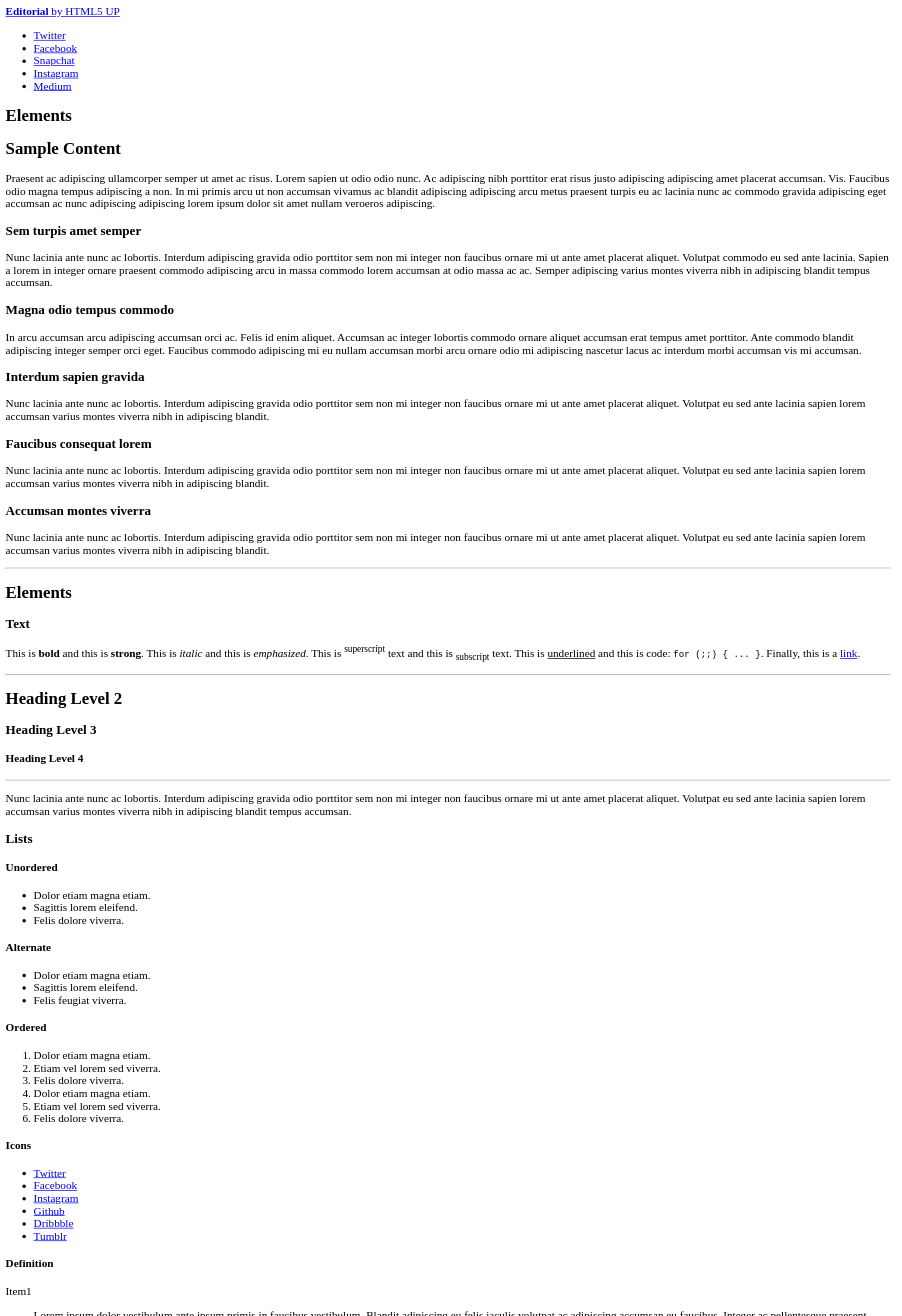
Repository: noCountJun/blog
Page: http://localhost/blogProject2/WEB-INF/views/board/boardList.jsp
An editor plug-in stored every save of this project. The page is shown before and after the next save, followed by the edit.
The browser window is 1280 px wide. The page is 1288 px wide, so the pictures cover 1288 px, including what lies to the right of the window. The pictures show the part of the page from y = 0 to 1880 px (the page is 9247 px tall before and 9403 px after), at 70% of full size.
The page is served by Tomcat 9. Nobody is signed in. Other server files are loaded and not shown. The template is opened directly, without the code that normally fills it, so the values that code supplies are empty.

Above is the page before, as saved 2019-08-21 05:02:59.

### blogProject2/src/main/webapp/WEB-INF/views/board/boardList.jsp
<%@ page contentType="text/html; charset=utf-8" pageEncoding="utf-8"%>
<%@ taglib uri="http://java.sun.com/jsp/jstl/core" prefix="c" %>
<%@ page session="false" %>

	<!-- Wrapper -->
			<div id="wrapper">

				<!-- Main -->
					<div id="main">
						<div class="inner">

							<!-- Header -->
								<header id="header">
									<a href="index.html" class="logo"><strong>Editorial</strong> by HTML5 UP</a>
									<ul class="icons">
										<li><a href="#" class="icon brands fa-twitter"><span class="label">Twitter</span></a></li>
										<li><a href="#" class="icon brands fa-facebook-f"><span class="label">Facebook</span></a></li>
										<li><a href="#" class="icon brands fa-snapchat-ghost"><span class="label">Snapchat</span></a></li>
										<li><a href="#" class="icon brands fa-instagram"><span class="label">Instagram</span></a></li>
										<li><a href="#" class="icon brands fa-medium-m"><span class="label">Medium</span></a></li>
									</ul>
								</header>

							<!-- Content -->
								<section>
									<header class="main">
										<h1>Elements</h1>
									</header>

									<!-- Content -->
										<h2 id="content">Sample Content</h2>
										<p>Praesent ac adipiscing ullamcorper semper ut amet ac risus. Lorem sapien ut odio odio nunc. Ac adipiscing nibh porttitor erat risus justo adipiscing adipiscing amet placerat accumsan. Vis. Faucibus odio magna tempus adipiscing a non. In mi primis arcu ut non accumsan vivamus ac blandit adipiscing adipiscing arcu metus praesent turpis eu ac lacinia nunc ac commodo gravida adipiscing eget accumsan ac nunc adipiscing adipiscing lorem ipsum dolor sit amet nullam veroeros adipiscing.</p>
										<div class="row">
											<div class="col-6 col-12-small">
												<h3>Sem turpis amet semper</h3>
												<p>Nunc lacinia ante nunc ac lobortis. Interdum adipiscing gravida odio porttitor sem non mi integer non faucibus ornare mi ut ante amet placerat aliquet. Volutpat commodo eu sed ante lacinia. Sapien a lorem in integer ornare praesent commodo adipiscing arcu in massa commodo lorem accumsan at odio massa ac ac. Semper adipiscing varius montes viverra nibh in adipiscing blandit tempus accumsan.</p>
											</div>
											<div class="col-6 col-12-small">
												<h3>Magna odio tempus commodo</h3>
												<p>In arcu accumsan arcu adipiscing accumsan orci ac. Felis id enim aliquet. Accumsan ac integer lobortis commodo ornare aliquet accumsan erat tempus amet porttitor. Ante commodo blandit adipiscing integer semper orci eget. Faucibus commodo adipiscing mi eu nullam accumsan morbi arcu ornare odio mi adipiscing nascetur lacus ac interdum morbi accumsan vis mi accumsan.</p>
											</div>
											<!-- Break -->
											<div class="col-4 col-12-medium">
												<h3>Interdum sapien gravida</h3>
												<p>Nunc lacinia ante nunc ac lobortis. Interdum adipiscing gravida odio porttitor sem non mi integer non faucibus ornare mi ut ante amet placerat aliquet. Volutpat eu sed ante lacinia sapien lorem accumsan varius montes viverra nibh in adipiscing blandit.</p>
											</div>
											<div class="col-4 col-12-medium">
												<h3>Faucibus consequat lorem</h3>
												<p>Nunc lacinia ante nunc ac lobortis. Interdum adipiscing gravida odio porttitor sem non mi integer non faucibus ornare mi ut ante amet placerat aliquet. Volutpat eu sed ante lacinia sapien lorem accumsan varius montes viverra nibh in adipiscing blandit.</p>
											</div>
											<div class="col-4 col-12-medium">
												<h3>Accumsan montes viverra</h3>
												<p>Nunc lacinia ante nunc ac lobortis. Interdum adipiscing gravida odio porttitor sem non mi integer non faucibus ornare mi ut ante amet placerat aliquet. Volutpat eu sed ante lacinia sapien lorem accumsan varius montes viverra nibh in adipiscing blandit.</p>
											</div>
										</div>

									<hr class="major" />

									<!-- Elements -->
										<h2 id="elements">Elements</h2>
										<div class="row">
											<div class="col-6 col-12-medium">

												<!-- Text stuff -->
													<h3>Text</h3>
													<p>This is <b>bold</b> and this is <strong>strong</strong>. This is <i>italic</i> and this is <em>emphasized</em>.
													This is <sup>superscript</sup> text and this is <sub>subscript</sub> text.
													This is <u>underlined</u> and this is code: <code>for (;;) { ... }</code>.
													Finally, this is a <a href="#">link</a>.</p>
													<hr />
													<h2>Heading Level 2</h2>
													<h3>Heading Level 3</h3>
													<h4>Heading Level 4</h4>
													<hr />
													<p>Nunc lacinia ante nunc ac lobortis. Interdum adipiscing gravida odio porttitor sem non mi integer non faucibus ornare mi ut ante amet placerat aliquet. Volutpat eu sed ante lacinia sapien lorem accumsan varius montes viverra nibh in adipiscing blandit tempus accumsan.</p>

												<!-- Lists -->
													<h3>Lists</h3>
													<div class="row">
														<div class="col-6 col-12-small">

															<h4>Unordered</h4>
															<ul>
																<li>Dolor etiam magna etiam.</li>
																<li>Sagittis lorem eleifend.</li>
																<li>Felis dolore viverra.</li>
															</ul>

															<h4>Alternate</h4>
															<ul class="alt">
																<li>Dolor etiam magna etiam.</li>
																<li>Sagittis lorem eleifend.</li>
																<li>Felis feugiat viverra.</li>
															</ul>

														</div>
														<div class="col-6 col-12-small">

															<h4>Ordered</h4>
															<ol>
																<li>Dolor etiam magna etiam.</li>
																<li>Etiam vel lorem sed viverra.</li>
																<li>Felis dolore viverra.</li>
																<li>Dolor etiam magna etiam.</li>
																<li>Etiam vel lorem sed viverra.</li>
																<li>Felis dolore viverra.</li>
															</ol>

															<h4>Icons</h4>
															<ul class="icons">
																<li><a href="#" class="icon brands fa-twitter"><span class="label">Twitter</span></a></li>
																<li><a href="#" class="icon brands fa-facebook-f"><span class="label">Facebook</span></a></li>
																<li><a href="#" class="icon brands fa-instagram"><span class="label">Instagram</span></a></li>
																<li><a href="#" class="icon brands fa-github"><span class="label">Github</span></a></li>
																<li><a href="#" class="icon brands fa-dribbble"><span class="label">Dribbble</span></a></li>
																<li><a href="#" class="icon brands fa-tumblr"><span class="label">Tumblr</span></a></li>
															</ul>

														</div>
													</div>
													<h4>Definition</h4>
													<dl>
														<dt>Item1</dt>
														<dd>
															<p>Lorem ipsum dolor vestibulum ante ipsum primis in faucibus vestibulum. Blandit adipiscing eu felis iaculis volutpat ac adipiscing accumsan eu faucibus. Integer ac pellentesque praesent. Lorem ipsum dolor.</p>
														</dd>
														<dt>Item2</dt>
														<dd>
															<p>Lorem ipsum dolor vestibulum ante ipsum primis in faucibus vestibulum. Blandit adipiscing eu felis iaculis volutpat ac adipiscing accumsan eu faucibus. Integer ac pellentesque praesent. Lorem ipsum dolor.</p>
														</dd>
														<dt>Item3</dt>
														<dd>
															<p>Lorem ipsum dolor vestibulum ante ipsum primis in faucibus vestibulum. Blandit adipiscing eu felis iaculis volutpat ac adipiscing accumsan eu faucibus. Integer ac pellentesque praesent. Lorem ipsum dolor.</p>
														</dd>
													</dl>

													<h4>Actions</h4>
													<ul class="actions">
														<li><a href="#" class="button primary">Default</a></li>
														<li><a href="#" class="button">Default</a></li>
													</ul>
													<ul class="actions small">
														<li><a href="#" class="button primary small">Small</a></li>
														<li><a href="#" class="button small">Small</a></li>
													</ul>
													<div class="row">
														<div class="col-6 col-12-small">
															<ul class="actions stacked">
																<li><a href="#" class="button primary">Default</a></li>
																<li><a href="#" class="button">Default</a></li>
															</ul>
														</div>
														<div class="col-6 col-12-small">
															<ul class="actions stacked">
																<li><a href="#" class="button primary small">Small</a></li>
																<li><a href="#" class="button small">Small</a></li>
															</ul>
														</div>
														<div class="col-6 col-12-small">
															<ul class="actions stacked">
																<li><a href="#" class="button primary fit">Default</a></li>
																<li><a href="#" class="button fit">Default</a></li>
															</ul>
														</div>
														<div class="col-6 col-12-small">
															<ul class="actions stacked">
																<li><a href="#" class="button primary small fit">Small</a></li>
																<li><a href="#" class="button small fit">Small</a></li>
															</ul>
														</div>
													</div>

													<h4>Pagination</h4>
													<ul class="pagination">
														<li><span class="button disabled">Prev</span></li>
														<li><a href="#" class="page active">1</a></li>
														<li><a href="#" class="page">2</a></li>
														<li><a href="#" class="page">3</a></li>
														<li><span>&hellip;</span></li>
														<li><a href="#" class="page">8</a></li>
														<li><a href="#" class="page">9</a></li>
														<li><a href="#" class="page">10</a></li>
														<li><a href="#" class="button">Next</a></li>
													</ul>

												<!-- Blockquote -->
													<h3>Blockquote</h3>
													<blockquote>Lorem ipsum dolor vestibulum ante ipsum primis in faucibus vestibulum. Blandit adipiscing eu felis iaculis volutpat ac adipiscing accumsan eu faucibus. Integer ac pellentesque praesent. Lorem ipsum dolor. Lorem ipsum dolor vestibulum ante ipsum primis in faucibus vestibulum. Blandit adipiscing eu felis iaculis volutpat ac adipiscing accumsan eu faucibus.</blockquote>

												<!-- Table -->
													<h3>Table</h3>

													<h4>Default</h4>
													<div class="table-wrapper">
														<table>
															<thead>
																<tr>
																	<th>Name</th>
																	<th>Description</th>
																	<th>Price</th>
																</tr>
															</thead>
															<tbody>
																<tr>
																	<td>Item1</td>
																	<td>Ante turpis integer aliquet porttitor.</td>
																	<td>29.99</td>
																</tr>
																<tr>
																	<td>Item2</td>
																	<td>Vis ac commodo adipiscing arcu aliquet.</td>
																	<td>19.99</td>
																</tr>
																<tr>
																	<td>Item3</td>
																	<td> Morbi faucibus arcu accumsan lorem.</td>
																	<td>29.99</td>
																</tr>
																<tr>
																	<td>Item4</td>
																	<td>Vitae integer tempus condimentum.</td>
																	<td>19.99</td>
																</tr>
																<tr>
																	<td>Item5</td>
																	<td>Ante turpis integer aliquet porttitor.</td>
																	<td>29.99</td>
																</tr>
															</tbody>
															<tfoot>
																<tr>
																	<td colspan="2"></td>
																	<td>100.00</td>
																</tr>
															</tfoot>
														</table>
													</div>

													<h4>Alternate</h4>
													<div class="table-wrapper">
														<table class="alt">
															<thead>
																<tr>
																	<th>Name</th>
																	<th>Description</th>
																	<th>Price</th>
																</tr>
															</thead>
															<tbody>
																<tr>
																	<td>Item1</td>
																	<td>Ante turpis integer aliquet porttitor.</td>
																	<td>29.99</td>
																</tr>
																<tr>
																	<td>Item2</td>
																	<td>Vis ac commodo adipiscing arcu aliquet.</td>
																	<td>19.99</td>
																</tr>
																<tr>
																	<td>Item3</td>
																	<td> Morbi faucibus arcu accumsan lorem.</td>
																	<td>29.99</td>
																</tr>
																<tr>
																	<td>Item4</td>
																	<td>Vitae integer tempus condimentum.</td>
																	<td>19.99</td>
																</tr>
																<tr>
																	<td>Item5</td>
																	<td>Ante turpis integer aliquet porttitor.</td>
																	<td>29.99</td>
																</tr>
															</tbody>
															<tfoot>
																<tr>
																	<td colspan="2"></td>
																	<td>100.00</td>
																</tr>
															</tfoot>
														</table>
													</div>

											</div>
											<div class="col-6 col-12-medium">

												<!-- Buttons -->
													<h3>Buttons</h3>
													<ul class="actions">
														<li><a href="#" class="button primary">Primary</a></li>
														<li><a href="#" class="button">Default</a></li>
													</ul>
													<ul class="actions">
														<li><a href="#" class="button large">Large</a></li>
														<li><a href="#" class="button">Default</a></li>
														<li><a href="#" class="button small">Small</a></li>
													</ul>
													<ul class="actions">
														<li><a href="#" class="button primary large">Large</a></li>
														<li><a href="#" class="button primary">Default</a></li>
														<li><a href="#" class="button primary small">Small</a></li>
													</ul>
													<ul class="actions fit">
														<li><a href="#" class="button primary fit">Fit</a></li>
														<li><a href="#" class="button fit">Fit</a></li>
													</ul>
													<ul class="actions fit small">
														<li><a href="#" class="button primary fit small">Fit + Small</a></li>
														<li><a href="#" class="button fit small">Fit + Small</a></li>
													</ul>
													<ul class="actions">
														<li><a href="#" class="button primary icon solid fa-search">Icon</a></li>
														<li><a href="#" class="button icon solid fa-download">Icon</a></li>
													</ul>
													<ul class="actions">
														<li><span class="button primary disabled">Primary</span></li>
														<li><span class="button disabled">Default</span></li>
													</ul>

												<!-- Form -->
													<h3>Form</h3>

													<form method="post" action="#">
														<div class="row gtr-uniform">
															<div class="col-6 col-12-xsmall">
																<input type="text" name="demo-name" id="demo-name" value="" placeholder="Name" />
															</div>
															<div class="col-6 col-12-xsmall">
																<input type="email" name="demo-email" id="demo-email" value="" placeholder="Email" />
															</div>
															<!-- Break -->
															<div class="col-12">
																<select name="demo-category" id="demo-category">
																	<option value="">- Category -</option>
																	<option value="1">Manufacturing</option>
																	<option value="1">Shipping</option>
																	<option value="1">Administration</option>
																	<option value="1">Human Resources</option>
																</select>
															</div>
															<!-- Break -->
															<div class="col-4 col-12-small">
																<input type="radio" id="demo-priority-low" name="demo-priority" checked>
																<label for="demo-priority-low">Low</label>
															</div>
															<div class="col-4 col-12-small">
																<input type="radio" id="demo-priority-normal" name="demo-priority">
																<label for="demo-priority-normal">Normal</label>
															</div>
															<div class="col-4 col-12-small">
																<input type="radio" id="demo-priority-high" name="demo-priority">
																<label for="demo-priority-high">High</label>
															</div>
															<!-- Break -->
															<div class="col-6 col-12-small">
																<input type="checkbox" id="demo-copy" name="demo-copy">
																<label for="demo-copy">Email me a copy</label>
															</div>
															<div class="col-6 col-12-small">
																<input type="checkbox" id="demo-human" name="demo-human" checked>
																<label for="demo-human">I am a human</label>
															</div>
															<!-- Break -->
															<div class="col-12">
																<textarea name="demo-message" id="demo-message" placeholder="Enter your message" rows="6"></textarea>
															</div>
															<!-- Break -->
															<div class="col-12">
																<ul class="actions">
																	<li><input type="submit" value="Send Message" class="primary" /></li>
																	<li><input type="reset" value="Reset" /></li>
																</ul>
															</div>
														</div>
													</form>

												<!-- Image -->
													<h3>Image</h3>

													<h4>Fit</h4>
													<span class="image fit"><img src="images/pic11.jpg" alt="" /></span>
													<div class="box alt">
														<div class="row gtr-50 gtr-uniform">
															<div class="col-4"><span class="image fit"><img src="images/pic01.jpg" alt="" /></span></div>
															<div class="col-4"><span class="image fit"><img src="images/pic02.jpg" alt="" /></span></div>
															<div class="col-4"><span class="image fit"><img src="images/pic03.jpg" alt="" /></span></div>
															<!-- Break -->
															<div class="col-4"><span class="image fit"><img src="images/pic03.jpg" alt="" /></span></div>
															<div class="col-4"><span class="image fit"><img src="images/pic01.jpg" alt="" /></span></div>
															<div class="col-4"><span class="image fit"><img src="images/pic02.jpg" alt="" /></span></div>
															<!-- Break -->
															<div class="col-4"><span class="image fit"><img src="images/pic02.jpg" alt="" /></span></div>
															<div class="col-4"><span class="image fit"><img src="images/pic03.jpg" alt="" /></span></div>
															<div class="col-4"><span class="image fit"><img src="images/pic01.jpg" alt="" /></span></div>
														</div>
													</div>

													<h4>Left &amp; Right</h4>
													<p><span class="image left"><img src="images/pic01.jpg" alt="" /></span>Lorem ipsum dolor sit accumsan interdum nisi, quis tincidunt felis sagittis eget. tempus euismod. Vestibulum ante ipsum primis in faucibus vestibulum. Blandit adipiscing eu felis iaculis volutpat ac adipiscing accumsan eu faucibus. Integer ac pellentesque praesent tincidunt felis sagittis eget. tempus euismod. Vestibulum ante ipsum primis sagittis eget. tempus euismod. Vestibulum ante ipsum primis in faucibus vestibulum. Blandit adipiscing eu felis iaculis volutpat ac adipiscing accumsan eu faucibus. Integer ac pellentesque praesent.</p>
													<p><span class="image right"><img src="images/pic02.jpg" alt="" /></span>Lorem ipsum dolor sit accumsan interdum nisi, quis tincidunt felis sagittis eget. tempus euismod. Vestibulum ante ipsum primis in faucibus vestibulum. Blandit adipiscing eu felis iaculis volutpat ac adipiscing accumsan eu faucibus. Integer ac pellentesque praesent tincidunt felis sagittis eget. tempus euismod. Vestibulum ante ipsum primis sagittis eget. tempus euismod. Vestibulum ante ipsum primis in faucibus vestibulum. Blandit adipiscing eu felis iaculis volutpat ac adipiscing accumsan eu faucibus. Integer ac pellentesque praesent.</p>

												<!-- Box -->
													<h3>Box</h3>
													<div class="box">
														<p>Felis sagittis eget tempus primis in faucibus vestibulum. Blandit adipiscing eu felis iaculis volutpat ac adipiscing accumsan eu faucibus. Integer ac pellentesque praesent tincidunt felis sagittis eget. tempus euismod. Magna sed etiam ante ipsum primis in faucibus vestibulum.</p>
													</div>

												<!-- Preformatted Code -->
													<h3>Preformatted</h3>
													<pre><code>i = 0;

while (!deck.isInOrder()) {
    print 'Iteration ' + i;
    deck.shuffle();
    i++;
}

print 'It took ' + i + ' iterations to sort the deck.';
</code></pre>

											</div>
										</div>

								</section>

						</div>
					</div>

	<!-- Sidebar -->
	<jsp:include page="/WEB-INF/views/category/category.jsp" />
</div>

Loaded but not shown: blogProject2/src/main/webapp/WEB-INF/views/category/category.jsp (103 lines, source omitted)

After the next save:
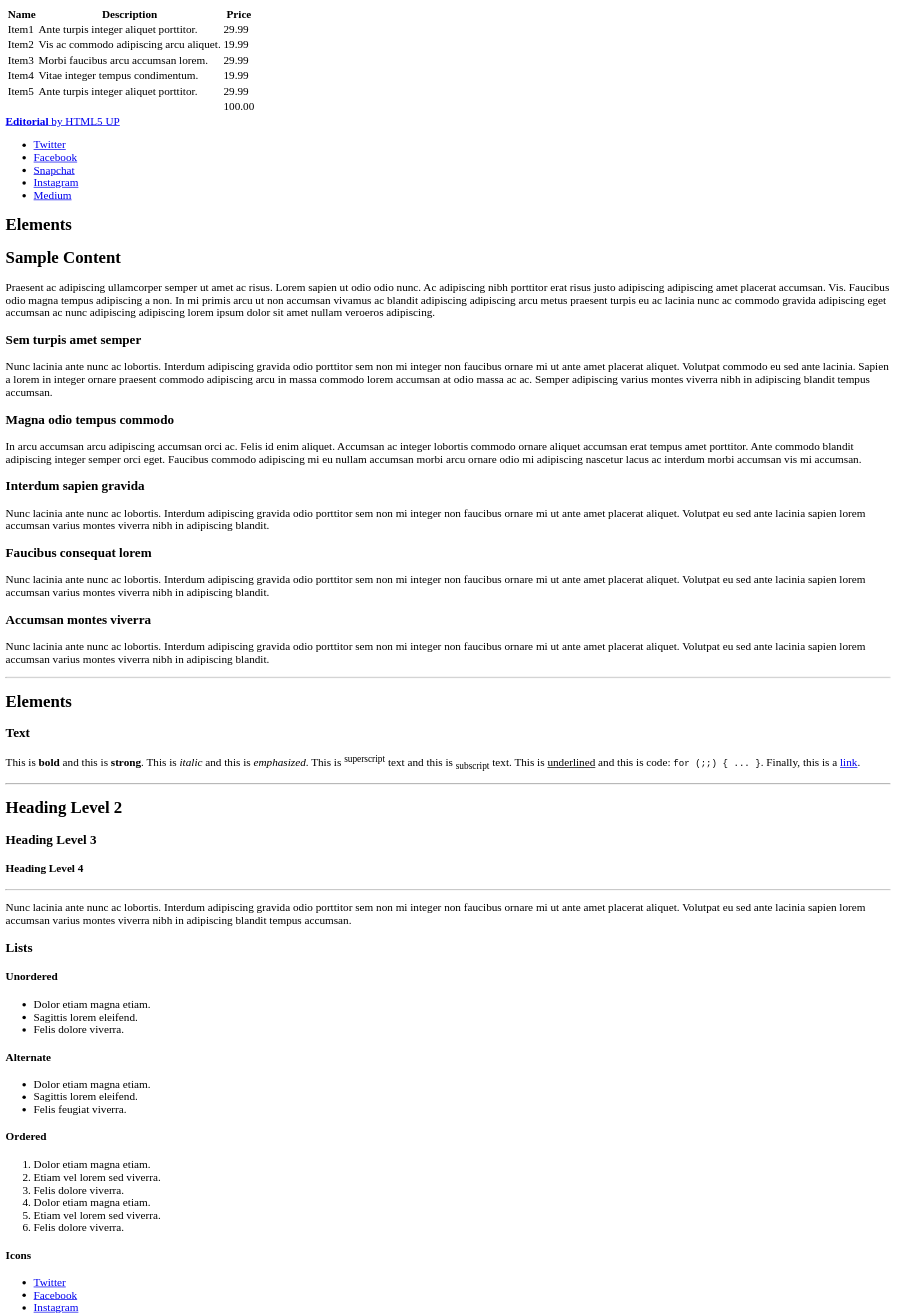
Saved 36 s later.
--- a/blogProject2/src/main/webapp/WEB-INF/views/board/boardList.jsp
+++ b/blogProject2/src/main/webapp/WEB-INF/views/board/boardList.jsp
@@ -4,7 +4,50 @@
 
 	<!-- Wrapper -->
 			<div id="wrapper">
-
+<div class="table-wrapper">
+														<table>
+															<thead>
+																<tr>
+																	<th>Name</th>
+																	<th>Description</th>
+																	<th>Price</th>
+																</tr>
+															</thead>
+															<tbody>
+																<tr>
+																	<td>Item1</td>
+																	<td>Ante turpis integer aliquet porttitor.</td>
+																	<td>29.99</td>
+																</tr>
+																<tr>
+																	<td>Item2</td>
+																	<td>Vis ac commodo adipiscing arcu aliquet.</td>
+																	<td>19.99</td>
+																</tr>
+																<tr>
+																	<td>Item3</td>
+																	<td> Morbi faucibus arcu accumsan lorem.</td>
+																	<td>29.99</td>
+																</tr>
+																<tr>
+																	<td>Item4</td>
+																	<td>Vitae integer tempus condimentum.</td>
+																	<td>19.99</td>
+																</tr>
+																<tr>
+																	<td>Item5</td>
+																	<td>Ante turpis integer aliquet porttitor.</td>
+																	<td>29.99</td>
+																</tr>
+															</tbody>
+															<tfoot>
+																<tr>
+																	<td colspan="2"></td>
+																	<td>100.00</td>
+																</tr>
+															</tfoot>
+														</table>
+													</div>
 				<!-- Main -->
 					<div id="main">
 						<div class="inner">
@@ -58,7 +101,7 @@
 
 									<!-- Elements -->
 										<h2 id="elements">Elements</h2>
-										<div class="row">
+										<div class="row gtr-200">
 											<div class="col-6 col-12-medium">
 
 												<!-- Text stuff -->
